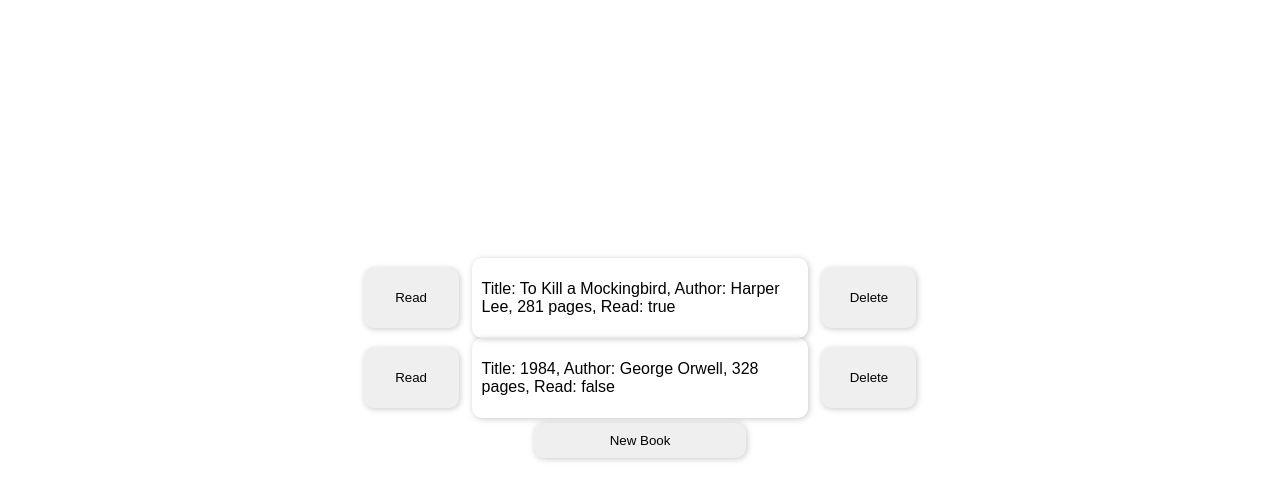
Repository: kocokoy/library
Page: index.html
The author's editor kept a copy of each file at every save. The page is drawn from the files as they stood at one save, then again after the next save.
The browser window is 1280 px wide. The pictures show the whole page.

Above is the page before, as saved 2024-11-06 10:51:00.

After the next save:
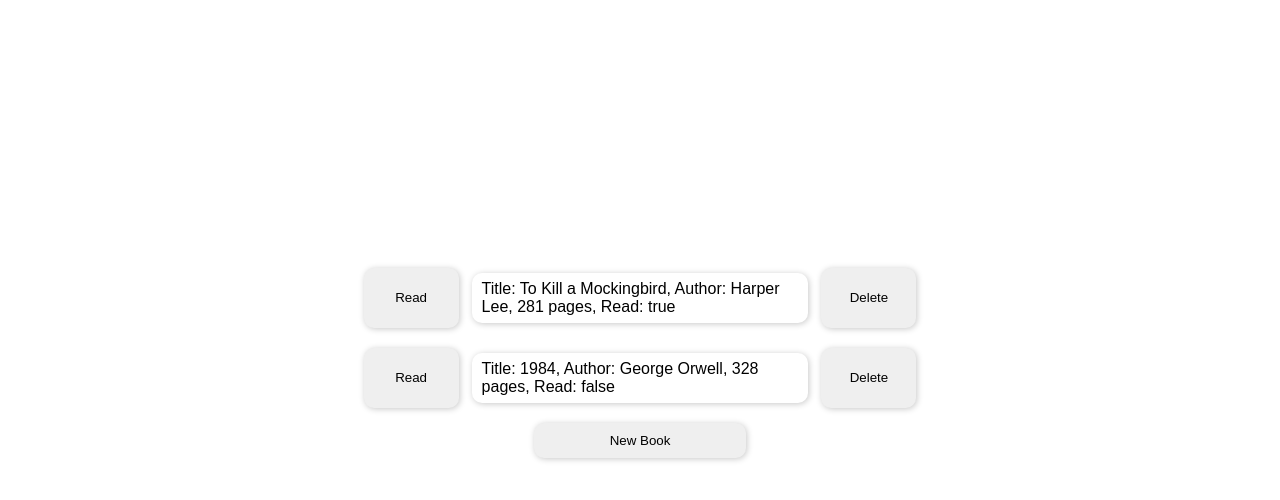
Saved 77 s later.
--- a/style.css
+++ b/style.css
@@ -44,7 +44,7 @@ body{
   border-radius: 10px;
   box-shadow: 1px 1px 6px  rgba(0, 0, 0, 0.219);
   width: 50%;
-  height: 100%;
+  height: 50%;
   display: flex;
   flex-direction: column;
   justify-content: center;
